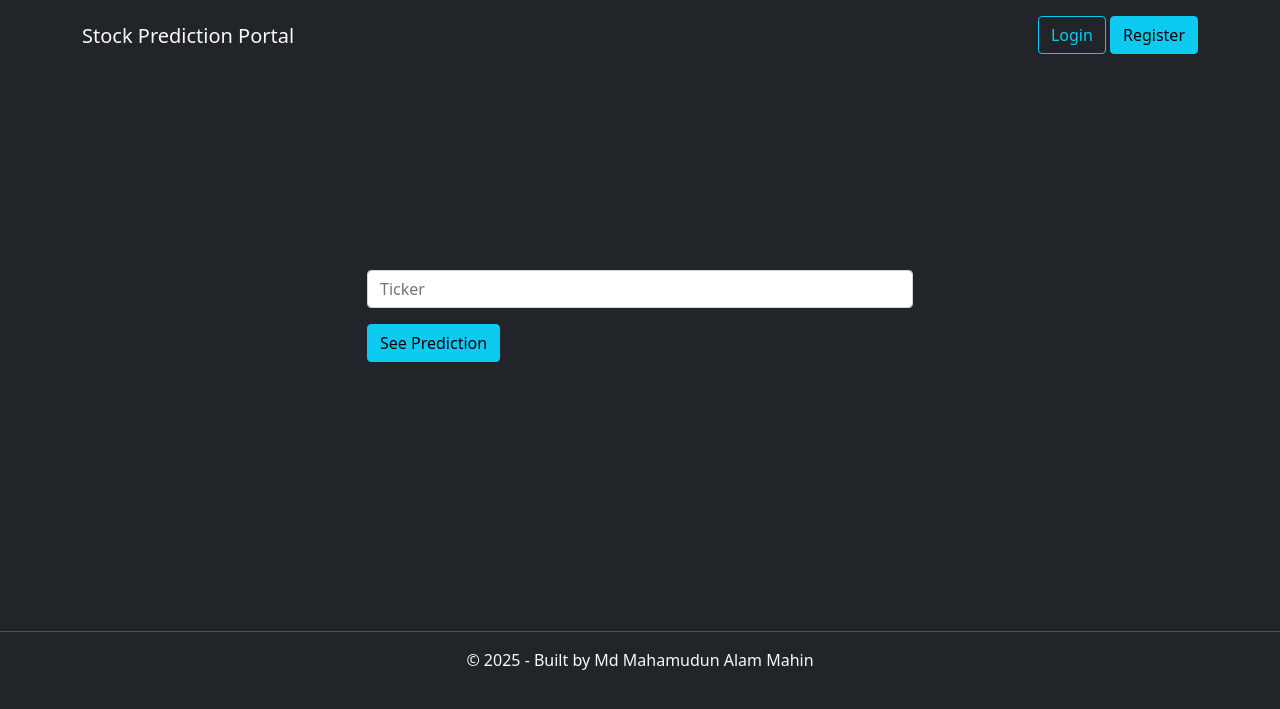
Repository: killerTiger10/stock-prediction-portal
Page: /dashboard (app in frontend-react/)
The author's editor kept a copy of each file at every save. The page is drawn from the files as they stood at one save, then again after the next save.
The browser window is 1280 px wide. The pictures show the whole page.
The page's requests for data from a server got no answer. The project was rebuilt for these pictures with package versions that can differ from the ones it lists, and the page was loaded fresh each time. No one was signed in, and anything a server would have sent is missing. Also part of the build but not shown: frontend-react/vite.config.js, frontend-react/src/components/Main.jsx, frontend-react/src/components/Register.jsx, frontend-react/src/components/Login.jsx, frontend-react/src/PrivateRoute.jsx, frontend-react/src/components/PublicRoute.jsx.

Above is the page before, as saved 2025-06-25 11:33:42.

After the next save:
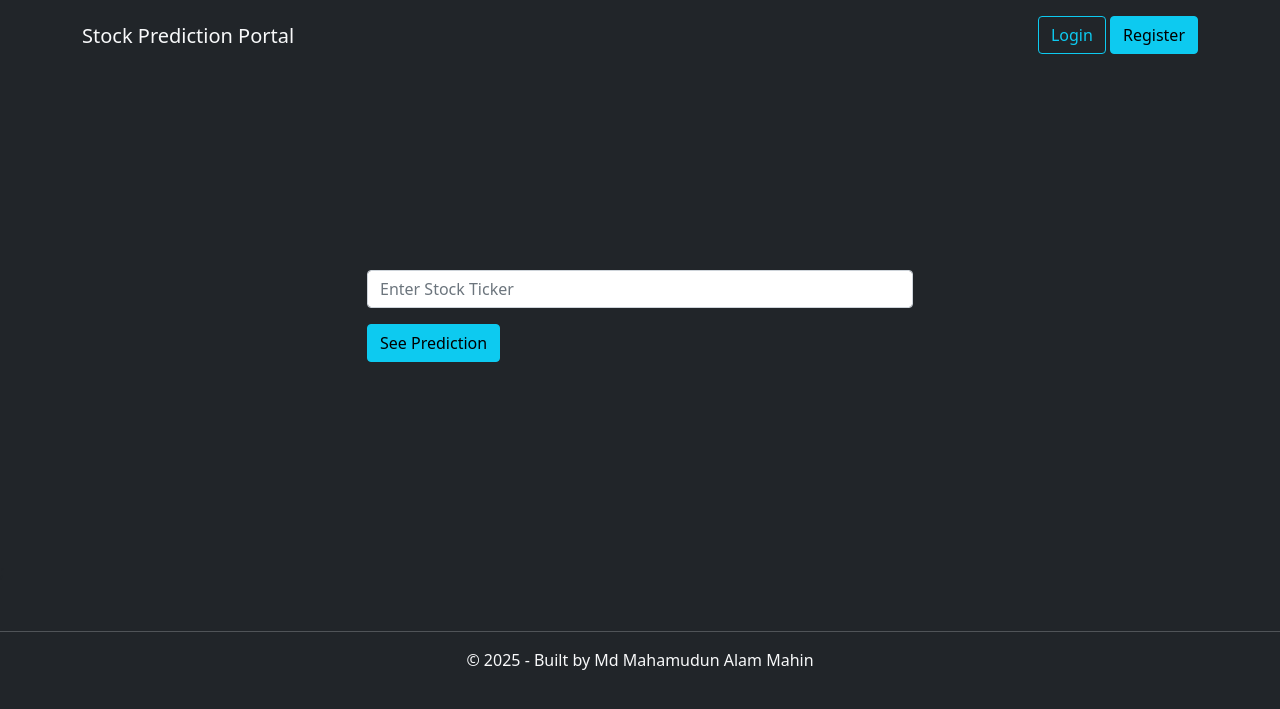
Saved 47 s later.
--- a/frontend-react/src/components/dashboard/Dashboard.jsx
+++ b/frontend-react/src/components/dashboard/Dashboard.jsx
@@ -25,7 +25,7 @@ const Dashboard = () => {
               <input
                 type="text"
                 className="form-control"
-                placeholder="Ticker"
+                placeholder="Enter Stock Ticker"
                 onChange={(e) => {
                   set;
                 }}
